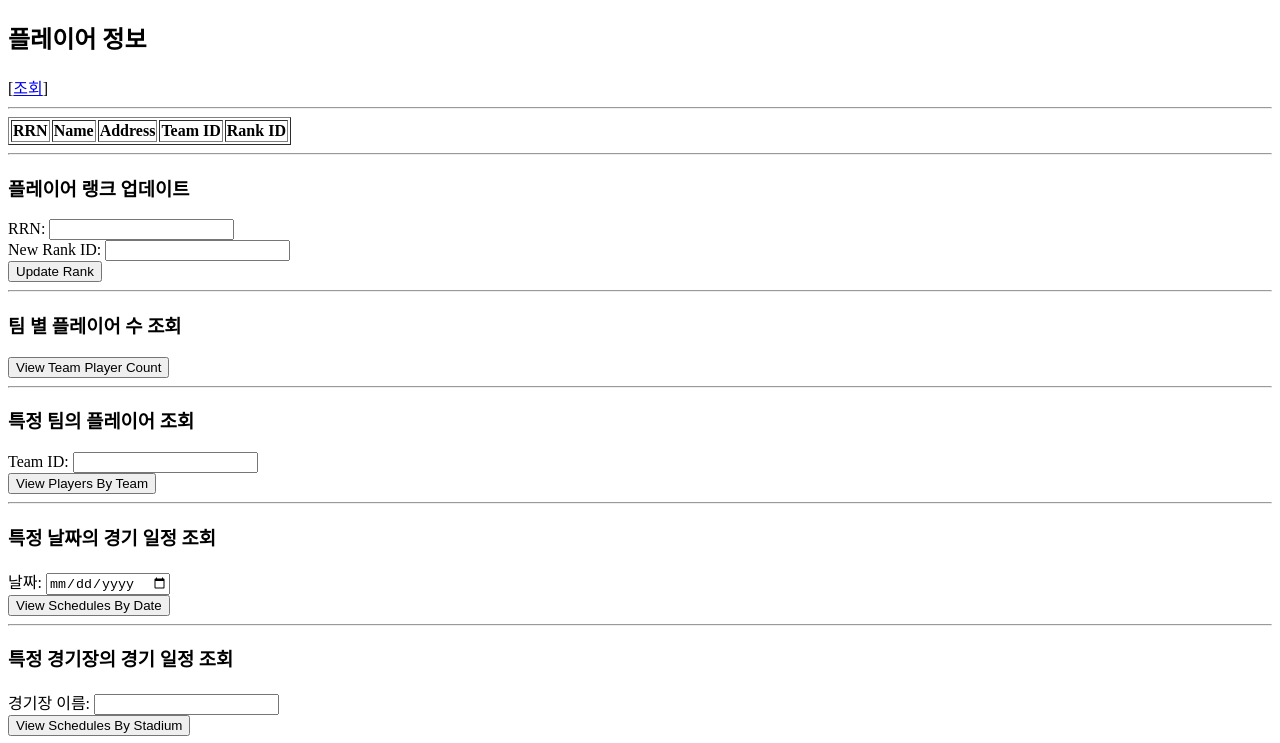
Repository: HappiKing/KNU_Database_ORACLE
Page: http://localhost/gg/playerControl?action=list
An editor plug-in stored every save of this project. The page is shown before and after the next save, followed by the edit.
The browser window is 1280 px wide. The pictures show the whole page.
The page is served by Tomcat 9. Queries for data that is not in the repository find no rows.

Above is the page before, as saved 2024-06-17 17:03:55.

After the next save:
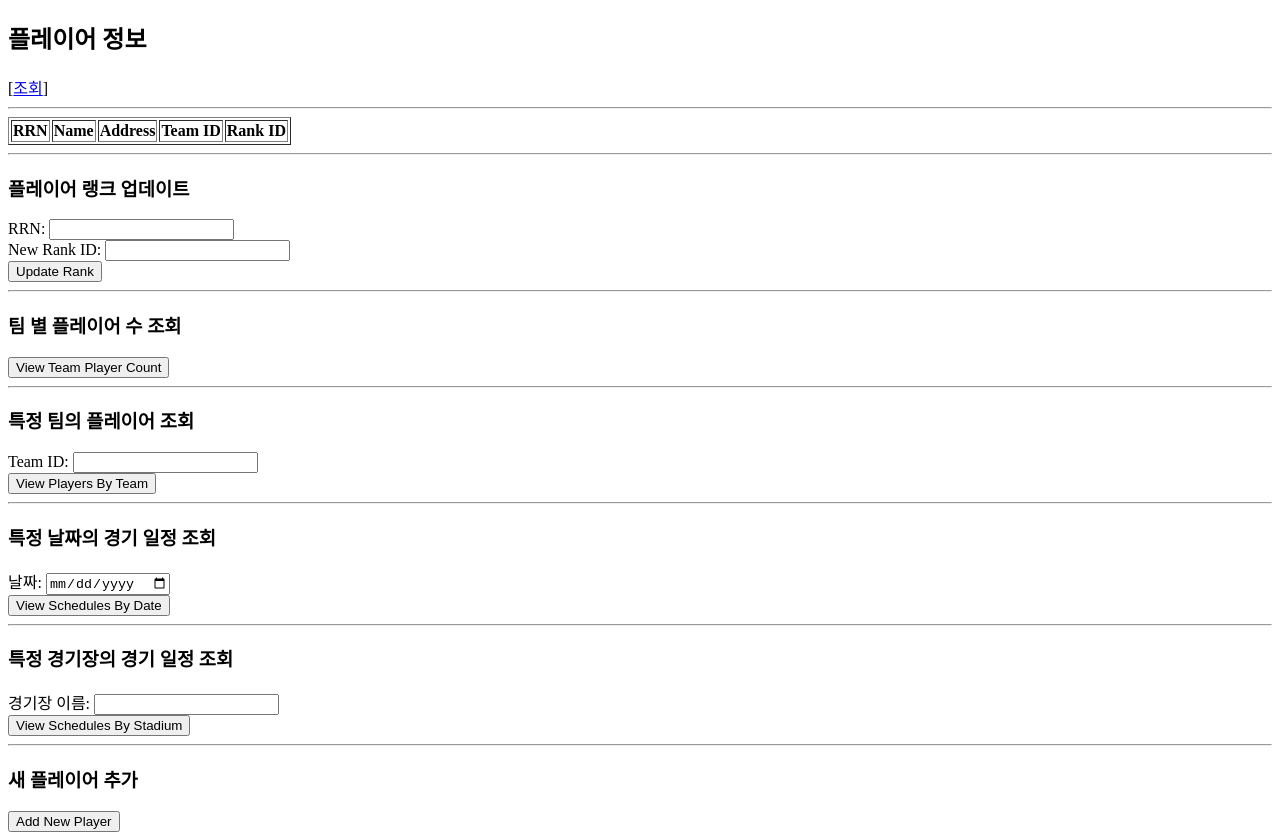
Saved 30 s later.
--- a/DB_futsal/test/gg/src/main/webapp/futsal/playerInfo.jsp
+++ b/DB_futsal/test/gg/src/main/webapp/futsal/playerInfo.jsp
@@ -69,6 +69,13 @@
     경기장 이름: <input type="text" name="stadiumName"><br>
     <input type="submit" value="View Schedules By Stadium">
   </form>
+  <hr>
+
+  <h3>새 플레이어 추가</h3>
+  <form action="/gg/playerControl" method="get">
+    <input type="hidden" name="action" value="addPlayer">
+    <input type="submit" value="Add New Player">
+  </form>
 
 
 </body>
